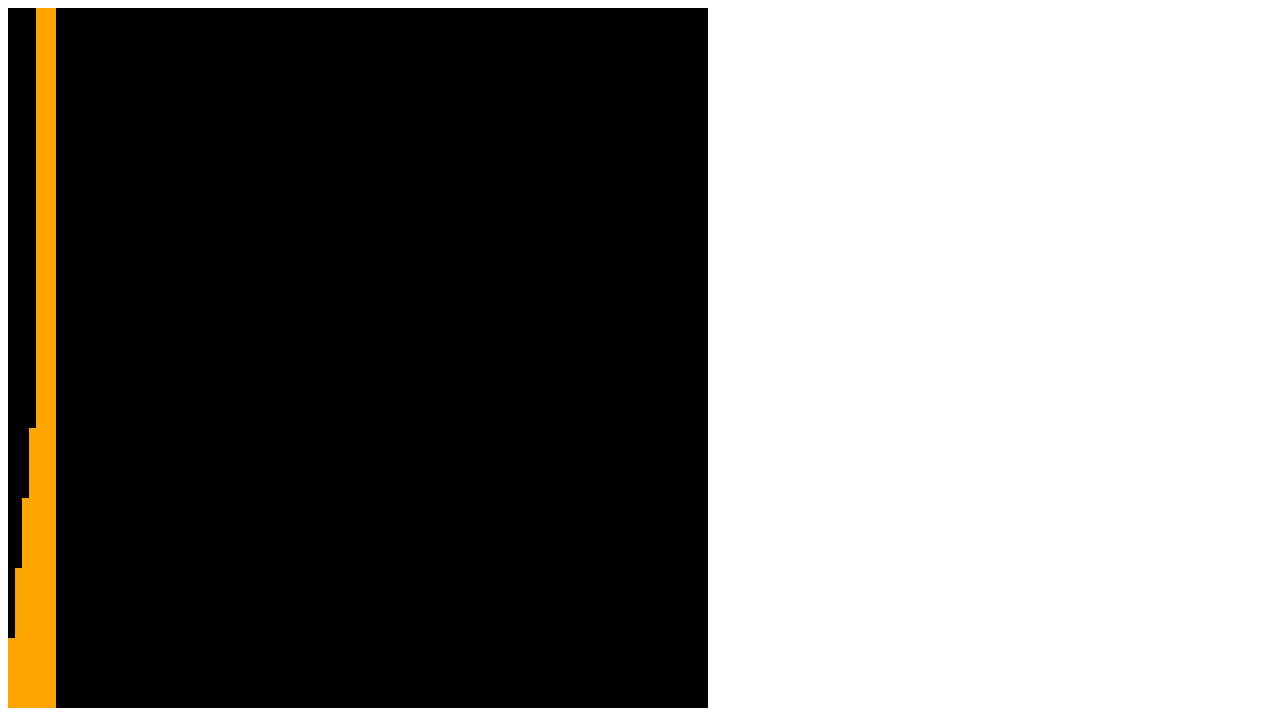
Repository: ajaytech/D3-sample-code
Page: D3/headStart/demo7_ScaleLinearOrdinal.html
The author's editor kept a record of every edit. The page is drawn from the files as they stood at one moment, then again after the next edit.
The browser window is 1280 px wide. The pictures show the whole page.

Above is the page before.

### D3/headStart/demo7_ScaleLinearOrdinal.html
<!DOCTYPE html>
<title>Scales Linear and ordinal</title>
<meta charset="utf-8">

<body>
    <script src="../d3.v3.min.js"></script>
    <script>

var heightSVG = 700;
var widthSVG = 700;


//var data =[10,20,30,40,10,20,30,40,10,20,30,40,10,20,30,40,10,10,20,30,40,10,20,30,40,10,20,30,40,10,20,30,40];
var data = [10,20,30,40,100];

var y = d3.scale.linear().domain([0,d3.max(data)])
            .range([0,heightSVG]);

var x = d3.scale.ordinal().domain(d3.range(data.length))
    .rangeRoundBands([0, widthSVG]);


var svg = d3.select("body").append("svg").attr("width", widthSVG)
    .attr("height", heightSVG)
    .style("background", "black");

svg.selectAll().data(data)
    .enter()
    .append("rect")
    //.attr("width",(y.rangeBand()-5)+"px")
    .attr("width","20px")
    .attr("height", function(d,i){
        return y(d)+"px";
    })
    .style("fill", "orange")
    .attr("y", function(d,i) {
     return (heightSVG - y(d))+"px";
    })
    .attr("x", function(d, i) {
        return y(i);
    })
    </script>
</body>

</html>

Loaded but not shown: D3/d3.v3.min.js (library)

After the next edit:
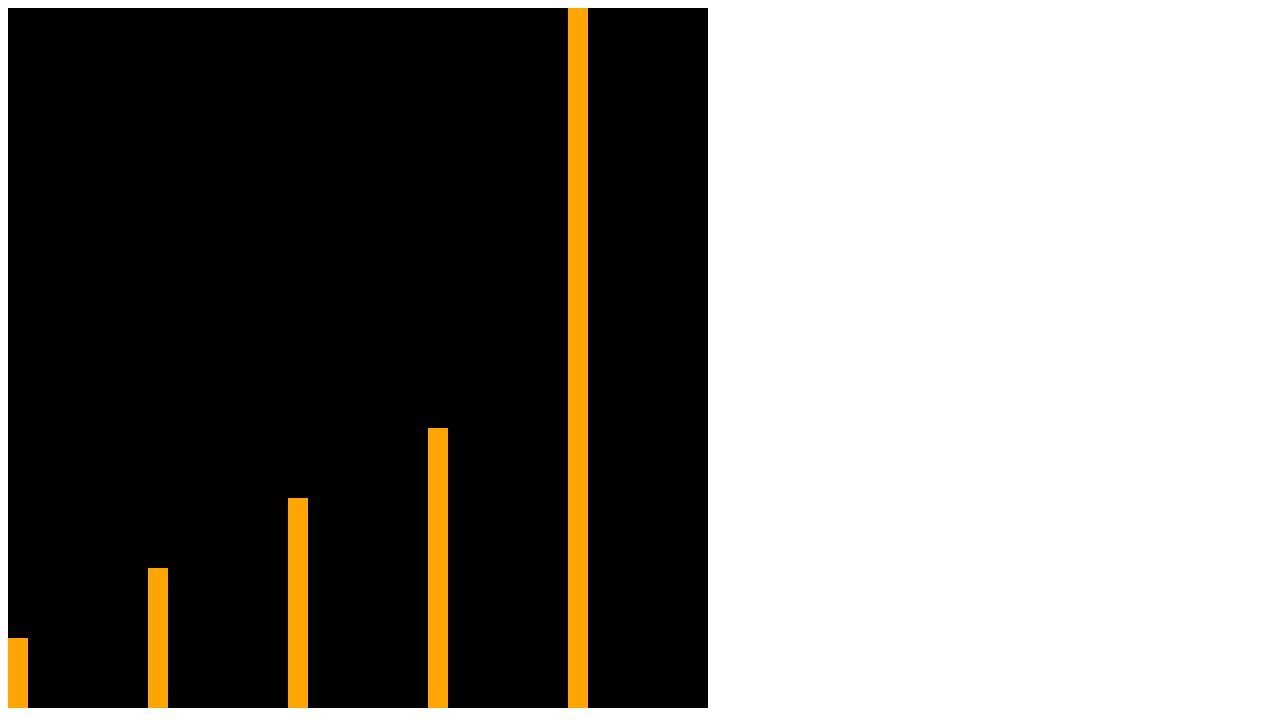
The edit:
--- a/D3/headStart/demo7_ScaleLinearOrdinal.html
+++ b/D3/headStart/demo7_ScaleLinearOrdinal.html
@@ -37,7 +37,7 @@
      return (heightSVG - y(d))+"px";
     })
     .attr("x", function(d, i) {
-        return y(i);
+        return x(i);
     })
     </script>
 </body>
